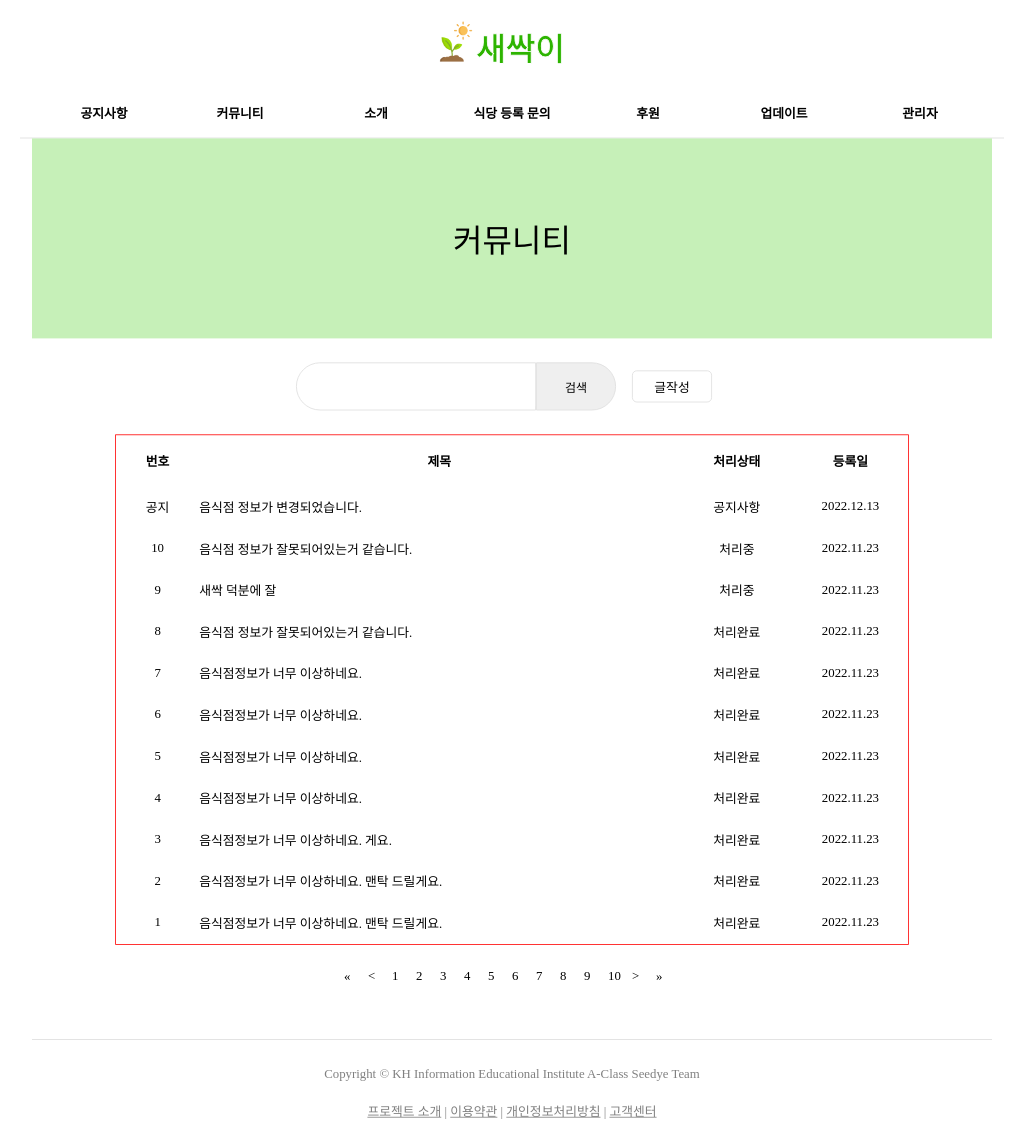
Repository: Seedye/Seedye
Page: team/src/main/webapp/html/board/board-list.html
An editor plug-in stored every save of this project. The page is shown before and after the next save, followed by the edit.
The browser window is 1280 px wide. The pictures show the whole page, at 80% of full size.
Some web fonts or font styles are not loaded; a fallback is used.

Above is the page before, as saved 2022-12-14 16:25:40.

### team/src/main/webapp/html/board/board-list.html
<!DOCTYPE html>
<html lang="en">
<head>
    <meta charset="UTF-8">
    <meta http-equiv="X-UA-Compatible" content="IE=edge">
    <meta name="viewport" content="width=device-width, initial-scale=1.0">
    <title>boardList</title>
    <link rel="stylesheet" href="../../resources/css/header.css">
    <link rel="stylesheet" href="../../resources/css/boardList-style.css">
</head>
<body>
  <header>
        <!-- 헤더 -->
        <section id="header-container">
            <!-- 로고 -->
            <section id="logo-section">
                <a href="#"><img id="logo" src="../../resources/images/새싹이.png"></a>
                <a href="#" id="logo-content">새싹이</a>
            </section>
            <!-- 메뉴창 -->
            <nav id="nav-bar">
                <ul>
                    <li><a href="#"></a>공지사항</li>
                <li><a href="#"></a>커뮤니티</li>
                <li><a href="#"></a>소개</li>
                <li><a href="#"></a>식당 등록 문의</li>
                <li><a href="#"></a>후원</li>
                <li><a href="#"></a>업데이트</li>
                <li><a href="#"></a>관리자</li>
            </ul>
        </nav>
    </section>
    </header>
    <main>
      <!-- board 영역 -->
      <section class="board-body-area">
        <div class="board-title">커뮤니티</div>

        <!-- 검색 -->
        <div class="board-list-serch-write-area">
          <!-- 검색어 입력 input -->
          <div class="board-list-serch">
            <input type="text" >
          </div>
          <!-- 검색 버튼 -->
          <button>검색</button>
          <!-- 글작성 버튼 -->
          <div class="board-write-btn">글작성</div>
        </div>

        <!-- 게시글 리스트 영역 -->
        <div class="board-list-area">
          <!-- 게시글 나타나는 테이블 -->
          <table class="board-list-table">
            <thead class="board-list-thead">
              <th>번호</th>
              <th>제목</th>
              <th>처리상태</th>
              <th>등록일</th>
            </thead>
            <tbody>

              <!-- 공지 -->
              <tr>
                <td>공지</td>
                <td>음식점 정보가 변경되었습니다.</td>
                <td>공지사항</td>
                <td>2022.12.13</td>
      <!-- colspan="2" -->
              </tr>

              <!-- 게시물 -->
              <tr>
                <td>10</td>
                <td>음식점 정보가 잘못되어있는거 같습니다.</td>
                <td>처리중</td>
                <td>2022.11.23</td>
              </tr>

              <tr>
                <td>9</td>
                <td>새싹 덕분에 잘 </td>
                <td>처리중</td>
                <td>2022.11.23</td>
              </tr>

              <tr>
                <td>8</td>
                <td>음식점 정보가 잘못되어있는거 같습니다.</td>
                <td>처리완료</td>
                <td>2022.11.23</td>
              </tr>

              <tr>
                <td>7</td>
                <td>음식점정보가 너무 이상하네요. </td>
                <td>처리완료</td>
                <td>2022.11.23</td>
              </tr>
              <tr>
                <td>6</td>
                <td>음식점정보가 너무 이상하네요.  </td>
                <td>처리완료</td>
                <td>2022.11.23</td>
              </tr>
              <tr>
                <td>5</td>
                <td>음식점정보가 너무 이상하네요.  </td>
                <td>처리완료</td>
                <td>2022.11.23</td>
              </tr>
              <tr>
                <td>4</td>
                <td>음식점정보가 너무 이상하네요. </td>
                <td>처리완료</td>
                <td>2022.11.23</td>
              </tr>
              <tr>
                <td>3</td>
                <td>음식점정보가 너무 이상하네요. 게요. </td>
                <td>처리완료</td>
                <td>2022.11.23</td>
              </tr>
              <tr>
                <td>2</td>
                <td>음식점정보가 너무 이상하네요. 맨탁 드릴게요. </td>
                <td>처리완료</td>
                <td>2022.11.23</td>
              </tr>
              <tr>
                <td>1</td>
                <td>음식점정보가 너무 이상하네요. 맨탁 드릴게요. </td>
                <td>처리완료</td>
                <td>2022.11.23</td>
              </tr>
            </tbody>


          </table>

            <ul class="board-list-page-area">
              <li>&laquo;</li>
              <li>&lt;</li>
              <li>1</li>
              <li>2</li>
              <li>3</li>
              <li>4</li>
              <li>5</li>
              <li>6</li>
              <li>7</li>
              <li>8</li>
              <li>9</li>
              <li>10</li>
              <li>&gt;</li>
              <li>&raquo;</li>
            </ul>
            <!-- <div class="board-list-page-num"></div>
            <div class="board-list-page-num"></div> -->
          </div>

      </section>
    </main>

    <footer>
        <p>
            Copyright &copy; KH Information Educational Institute A-Class Seedye Team
        </p>
        <article>
            <a href="#">프로젝트 소개</a>
            <span>|</span>
            <a href="#">이용약관</a>
            <span>|</span>
            <a href="#">개인정보처리방침</a>
            <span>|</span>
            <a href="#">고객센터</a>
        </article>
    </footer>

</body>
</html>

### team/src/main/webapp/resources/css/header.css

@font-face {
    font-family: 'yg-jalnan';
    src: url('https://cdn.jsdelivr.net/gh/projectnoonnu/noonfonts_four@1.2/JalnanOTF00.woff') format('woff');
    font-weight: normal;
    font-style: normal;
}


@font-face {
    font-family: 'NIXGONM-Vb';
    src: url('https://cdn.jsdelivr.net/gh/projectnoonnu/noonfonts_six@1.2/NIXGONM-Vb.woff') format('woff');
    font-weight: normal;
    font-style: normal;
}

*{
    box-sizing: border-box;
    margin: 0;
    padding: 0;
}

body{
    display: flex;
    justify-content: center;
    align-items: center;
    flex-direction: column;
}


#logo-section{
    width: 1200px;
    display: flex;
    justify-content: center;
    align-items: center;
    margin-top: 20px;
}

#logo{
    width: 50px;
    height: 50px;
}

#logo-content{
    color: #2db400;
    -webkit-text-stroke: 1px white;
    text-decoration: none;
    font-weight: bold;
    font-family: yg-jalnan;
    font-size: 40px;
    padding-top: 10px;
}

#nav-bar{
    display: flex;
    justify-content: center;
    margin: 20px 0px  0px  0px;
}

#nav-bar > ul {
    width: 100%;
    display: flex;
    justify-content: space-between;
    font-weight: bold;
    border-bottom: 1px solid #ddd;
    padding: 0px 20px;
}

#nav-bar > ul > li{
    font-family: NIXGONM-Vb;
    float: left;
    display: flex;
    justify-content: center;
    padding: 20px 35px;
    border-radius: 6px;
    cursor: pointer;
    width: 170px;
    height: auto;
}

#nav-bar > ul > li:hover{
    background-color: rgba(45, 180, 0, 0.6);
    color: white;
    transition-duration: 0.3s;
}

footer {
    width: 1200px;
    height: 134px;
    color: gray;
    font-size: var(--small-font-size);
    padding: 20px 0;

    display: flex;
    flex-direction: column;
    justify-content: space-around;
    align-items: center;

    /* position: absolute; */
    bottom: 0;

    border-top: 1px solid #ddd;
  }

  footer a {
    color: gray;
  }

### team/src/main/webapp/resources/css/boardList-style.css
*{
  font-family: "NIXGONM-Vb";
}

.board-title{
  /* margin-top: 0; */
  width: 1200px;
  height: 250px;
  background-color: #c6f0b8;
  display: flex;
  justify-content: center;
  align-items: center;
  font-size: 40px;
}
/* 검색 영역 스타일 */
.board-list-serch-write-area{
  display: flex;
  align-items: center;
  justify-content: center;
  margin-top: 20px;
  margin-bottom: 20px;

}
.board-list-serch{
  width: 300px;
  height: 60px;
  border-radius: 30px 0 0 30px;
  border: 1px solid #ddd;

  display: flex;
    justify-content: end;
    align-items: center;
}
.board-list-serch > input{
  width: 260px;
  height: 50px;
  border: 0px;
  font-size: 20px;
}
.board-list-serch > input:focus{
  outline: none;

}
.board-list-serch-write-area > button{
  height: 60px;
  width: 100px;
  border-radius: 0 30px 30px 0;
  border: 1px solid #ddd;
  font-size: 15px;
  cursor: pointer;
}

.board-write-btn{
  margin: 20px;
  width: 100px;
  height: 40px;
  display: flex;
  align-items: center;
  border-radius: 6px;
  justify-content: center;
  border: 1px solid #ddd;
  cursor: pointer;
  /* background-color: rgb(215, 235, 215); */
}
.board-write-btn:hover{
  transition-duration: 0.2s;
  background-color: #d8f0d0;
  border:none;
}
/* 테이블 스타일 */
.board-list-table{
  text-align: center;

  margin: auto;
  /* width: 90vw; */
  border: 1px solid red;
}
/* .board-list-area{
  height: 500px;
} */
.board-list-thead{
  height: 60px;
  /* background-color: red; */
  border-top: 2px solid red;
}
.board-list-thead > tr{
  border: 2px solid red;
}
/* 게시글 번호 부분 */
.board-list-table > tbody > tr > td:first-child {
  width: 100px;
  height: 50px;
  cursor: pointer;
  /* background-color: blueviolet; */

  /* text-align: center; */
}
/* 게시물 제목 부분 */
.board-list-table > tbody > tr > td:nth-child(2){
  /* display: block; */
  width: 600px;
  height: 50px;
  text-align: left;
  cursor: pointer;

}
/* 게시글 처리상태/등록일 부분 */
.board-list-table > tbody > tr > td:nth-child(3),
.board-list-table > tbody > tr > td:nth-child(4){
  /* width: 140px; */
  min-width: 140px;
  height: 50px;
  cursor: pointer;
  /* background-color: red; */
}

/* {
  width: 140px;
  height: 50px;

} */

.board-list-table > tbody> tr{

  height: 50px;
}
.board-list-table > tbody> tr:hover{
  background-color: #d8f0d0;

}
/* .board-list-table > tbody > tr > td:hover{
  background-color: #d8f0d0;
} */

/* 페이지 넘기기 스타일 */
.board-list-page-area{
  display: flex;
  justify-content: center;
  margin-top: 30px;
  margin-bottom: 70px;
}

.board-list-page-area>li{
  display: flex;
  width: 30px;
  list-style:none;
  cursor: pointer;
  /* padding-left: 0px; */
}

After the next save:
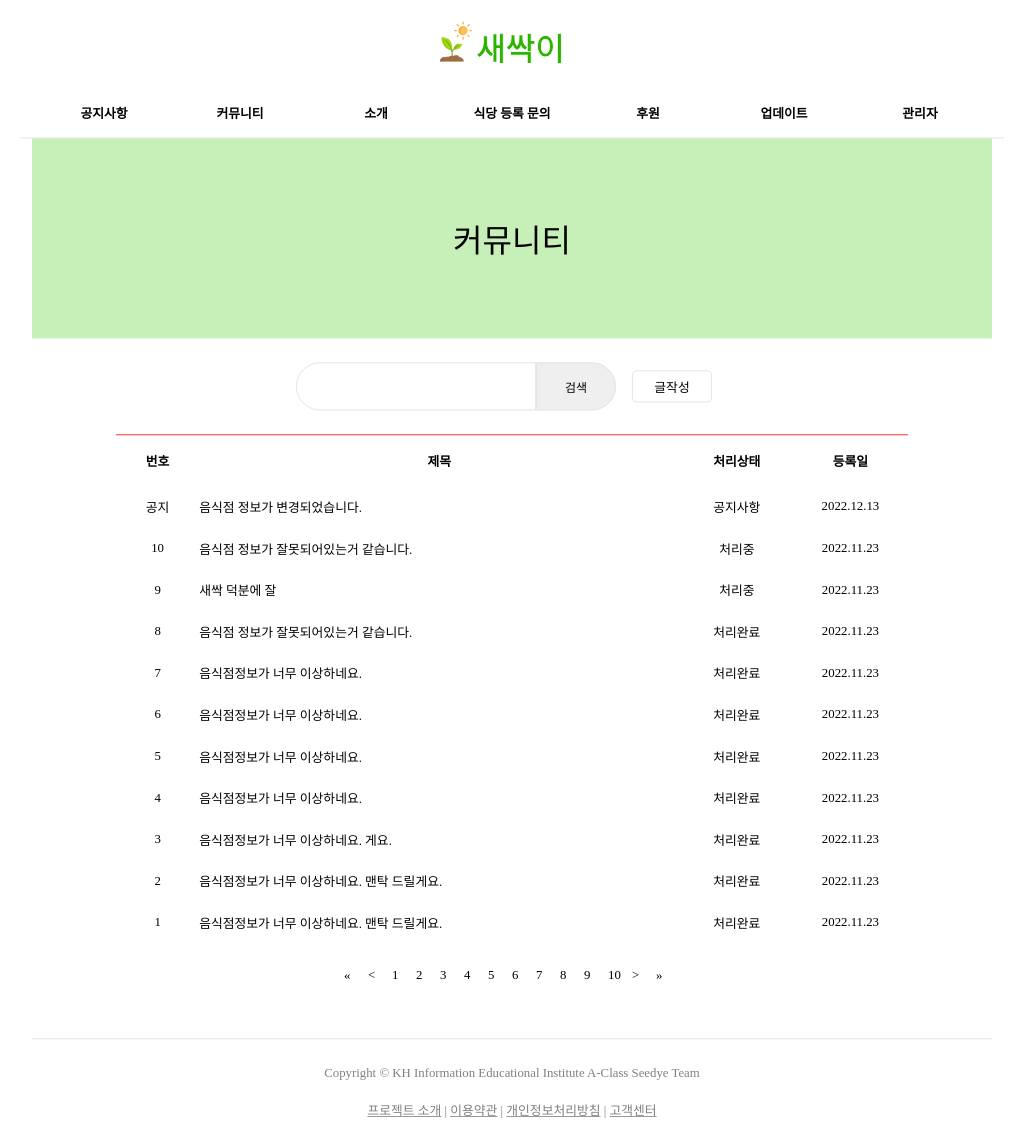
Saved 20 s later.
--- a/team/src/main/webapp/resources/css/boardList-style.css
+++ b/team/src/main/webapp/resources/css/boardList-style.css
@@ -73,7 +73,7 @@
 
   margin: auto;
   /* width: 90vw; */
-  border: 1px solid red;
+  border-top: 1px solid red;
 }
 /* .board-list-area{
   height: 500px;
